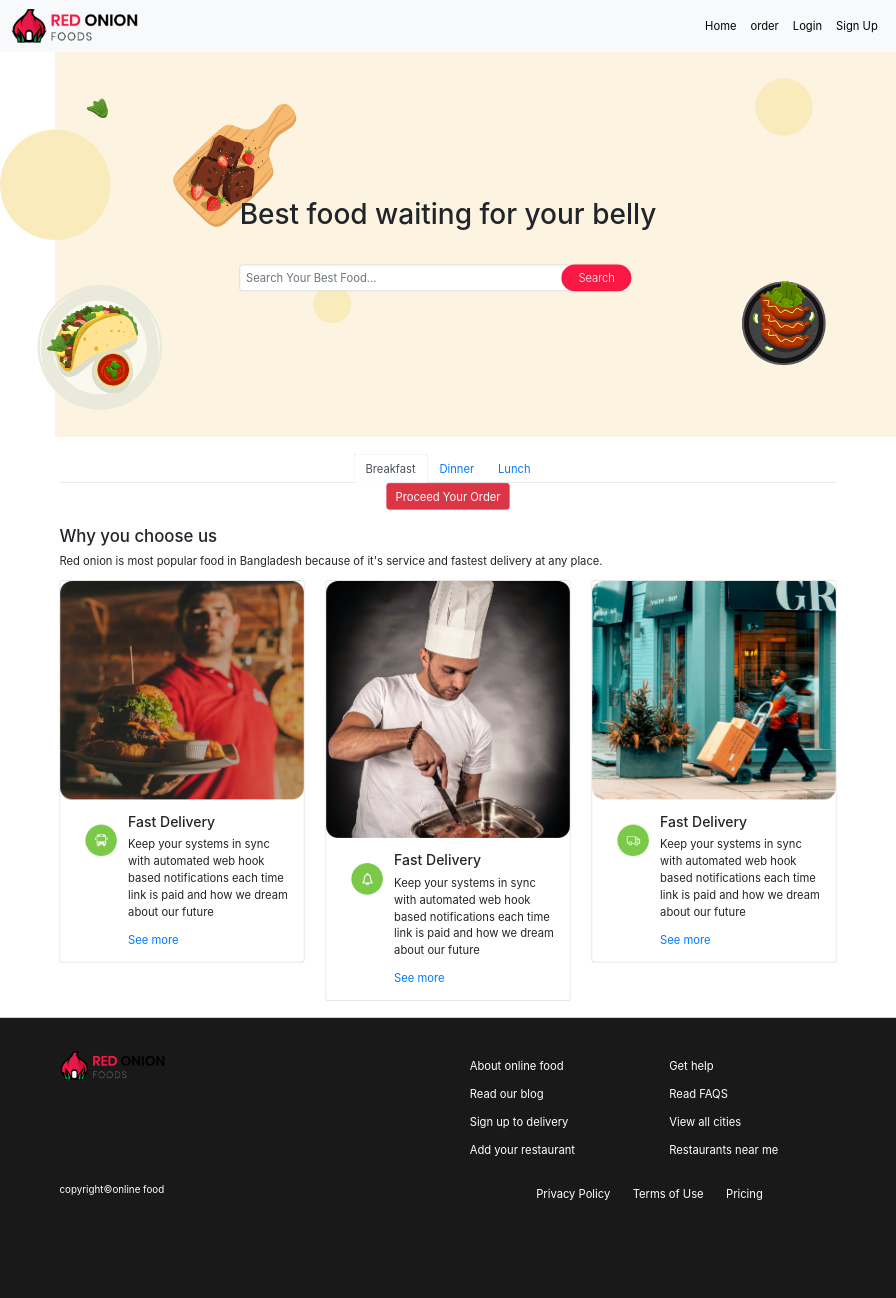
Repository: arif286/red-onion-client
Page: /
The author's editor kept a copy of each file at every save. The page is drawn from the files as they stood at one save, then again after the next save.
The browser window is 1280 px wide. The pictures show the whole page, at 70% of full size.
The page's requests for data from a server got no answer. The project was rebuilt for these pictures with package versions that can differ from the ones it lists, and the page was loaded fresh each time. Some packages were replaced by stand-ins written for this rebuild. No one was signed in, and anything a server would have sent is missing. Also part of the build but not shown: src/App.css, src/components/CheckOut/CheckOut.css, src/components/CheckOut/CheckOutForm/CheckOutFrom.js, src/components/CheckOut/CheckOut.js, src/components/FoodDetails/FoodDetail.css, src/components/FoodDetails/FoodDetail.js, src/components/Food/FoodItem.js, src/components/LogIn/firebase.config.js and 7 more. Imported but missing from the stored project, and not drawn on this page: src/components/CheckOut/Map/Map.

Above is the page before, as saved 2021-04-07 01:55:46.

### public/index.html
<!DOCTYPE html>
<html lang="en">
  <head>
    <meta charset="utf-8" />
    <link rel="icon" href="%PUBLIC_URL%/favicon.ico" />
    <meta name="viewport" content="width=device-width, initial-scale=1" />
    <meta name="theme-color" content="#000000" />
    <meta
      name="description"
      content="Web site created using create-react-app"
    />
    <link rel="apple-touch-icon" href="%PUBLIC_URL%/logo192.png" />
    <!--
      manifest.json provides metadata used when your web app is installed on a
      user's mobile device or desktop. See https://developers.google.com/web/fundamentals/web-app-manifest/
    -->
    <link rel="manifest" href="%PUBLIC_URL%/manifest.json" />

    <!-- <link
      href="https://api.tiles.mapbox.com/mapbox-gl-js/v2.1.1/mapbox-gl.css"
      rel="stylesheet"
    /> -->
    <!--
      Notice the use of %PUBLIC_URL% in the tags above.
      It will be replaced with the URL of the `public` folder during the build.
      Only files inside the `public` folder can be referenced from the HTML.

      Unlike "/favicon.ico" or "favicon.ico", "%PUBLIC_URL%/favicon.ico" will
      work correctly both with client-side routing and a non-root public URL.
      Learn how to configure a non-root public URL by running `npm run build`.
    -->
    <title>Red Onion</title>
  </head>
  <body>
    <noscript>You need to enable JavaScript to run this app.</noscript>
    <div id="root"></div>
    <!--
      This HTML file is a template.
      If you open it directly in the browser, you will see an empty page.

      You can add webfonts, meta tags, or analytics to this file.
      The build step will place the bundled scripts into the <body> tag.

      To begin the development, run `npm start` or `yarn start`.
      To create a production bundle, use `npm run build` or `yarn build`.
    -->
  </body>
</html>

### src/App.js
import "bootstrap/dist/css/bootstrap.min.css";
import React, { createContext, useState } from "react";
import { BrowserRouter as Router, Route, Switch } from "react-router-dom";
import './App.css';
import CheckOut from "./components/CheckOut/CheckOut";
import Map from "./components/CheckOut/Map/Map";
import FoodDetail from "./components/FoodDetails/FoodDetail";
import Footer from "./components/Footer/Footer";
import Header from "./components/Header/Header";
import Home from './components/Home/Home';
import Login from "./components/LogIn/Login";
import Order from "./components/Order/Order";
import SingUp from "./components/SingUp/SingUp";


export const UserContext = createContext();
function App() {
  const [loggedInUser, setLoggedInUser] = useState({});
  return (
    <UserContext.Provider value={[loggedInUser, setLoggedInUser]}>
      <Router>
        <Header />
        <Switch>
          <Route path="/home">
            <Home />
          </Route>
          <Route path="/signUp">
            <SingUp />
          </Route>
          <Route path="/login">
            <Login />
          </Route>
          <Route path="/food/details/:foodId">
            <FoodDetail />
          </Route>
          <Route path='/checkOut'>
            <CheckOut/>
          </Route>
          <Route path='/order'>
            <Order/>
          </Route>
          <Route path='/map'>
            <Map/>
          </Route>
          <Route exact path="/">
            <Home/>
          </Route>
        </Switch>
        <Footer />
      </Router>
    </UserContext.Provider>
  );

}

export default App;

### src/components/Footer/Footer.js
import React from 'react';
import { NavLink } from 'react-bootstrap';
import Logo from '../../onion-restaurent/logo2.png';
import './Footer.css';

const Footer = () => {
    return (
      <footer>
        <div className="container">
          <div className="row pt-5">
            <div className="col-md-6 col-sm-12 pb-4">
              <img className="footer-img" src={Logo} alt="" />
            </div>
            <div className="col-md-3 col-sm-12 pb-4">
              <ul className="nav flex-column">
                <li className="nav-item">
                  <NavLink
                    className="nav-link active footer-link"
                    aria-current="page"
                    to="/"
                  >
                    About online food
                  </NavLink>
                </li>
                <li className="nav-item">
                  <NavLink className="nav-link footer-link" to="/">
                    Read our blog
                  </NavLink>
                </li>
                <li className="nav-item">
                  <NavLink className="nav-link footer-link" to="/">
                    Sign up to delivery
                  </NavLink>
                </li>
                <li className="nav-item">
                  <NavLink className="nav-link footer-link" to="/">
                    Add your restaurant
                  </NavLink>
                </li>
              </ul>
            </div>
            <div className="col-md-3 col-sm-12 pb-4">
              <ul className="nav flex-column">
                <li className="nav-item">
                  <NavLink
                    className="nav-link footer-link"
                    aria-current="page"
                    to="/"
                  >
                    Get help
                  </NavLink>
                </li>
                <li className="nav-item">
                  <NavLink className="nav-link footer-link" to="/">
                    Read FAQS
                  </NavLink>
                </li>
                <li className="nav-item">
                  <NavLink className="nav-link footer-link" to="/">
                    View all cities
                  </NavLink>
                </li>
                <li className="nav-item">
                  <NavLink className="nav-link footer-link" to="/">
                    Restaurants near me
                  </NavLink>
                </li>
              </ul>
            </div>
          </div>

          <div className="row">
            <div className="col-md-7">
              <p className='copy-right'>
                <small>
                  copyright<span>&#169;</span>online food
                </small>
              </p>
            </div>
            <div className="col-md-5">
              <div className='d-flex'>
                <NavLink className="footer-link">Privacy Policy</NavLink>
                <NavLink className="footer-link">Terms of Use</NavLink>
                <NavLink className="footer-link">Pricing</NavLink>
              </div>
            </div>
          </div>
        </div>
      </footer>
    );
};

export default Footer;

### src/components/Header/Header.js
import React from 'react';
import { Nav, Navbar } from 'react-bootstrap';
import { NavLink } from 'react-router-dom';
// import { NavLink } from "react-router-dom";
import logo from '../../onion-restaurent/logo2.png';
import './Header.css';
const Header = () => {

    return (
      <div>
        <Navbar bg="light" expand="lg">
          <Navbar.Brand href="#home">
            <img
              src={logo}
              width="180"
              className="d-inline-block align-top"
              alt="React Bootstrap logo"
            />
          </Navbar.Brand>
          <Navbar.Toggle aria-controls="basic-navbar-nav" />
          <Navbar.Collapse id="basic-navbar-nav">
            <Nav className="ml-auto">
              <NavLink className="header-link" to="/home">
                Home
              </NavLink>
              <NavLink className="header-link" to="/order">
                order
              </NavLink>
              <NavLink className="header-link" to="/login">
                Login
              </NavLink>
              <NavLink className="header-link" to="/signUp">
                Sign Up
              </NavLink>
            </Nav>
          </Navbar.Collapse>
        </Navbar>
      </div>
    );
};

export default Header;

### src/components/Home/Home.js
import React from 'react';
import DeliveryFood from '../DeliveryFood/DeliveryFood';
import Food from '../Food/Food';
import SearchBar from '../SearchBar/SearchBar';

const Home = () => {
    return (
      <>
        <SearchBar/>
        <Food />
        <DeliveryFood />
      </>
    );
};

export default Home;

### src/components/SearchBar/SearchBar.js
import React from 'react';
import background from '../../onion-restaurent/bannerbackground.png';
import './SearchBar.css';


const SearchBar = () => {
    const searchBg = {
        bgImage: {
            backgroundImage: `url(${background})`,
            backgroundRepeat: 'no-repeat, repeat',
            width: '100%',
            height: '550px',
            backgroundSize: 'cover'
        },
        submitBtn: {

        },
        searchBar: {
            width: '50%'
        }
    }
    return (
      <div
        className="d-flex justify-content-center align-items-center"
        style={searchBg.bgImage}
      >
        <div>
          <h1>Best food waiting for your belly</h1>
          <div className="d-flex mt-5">
            <input
              className="form-control searchBar"
              type="text"
              placeholder="Search Your Best Food..."
            />
            <input className="search-btn" type="submit" value="Search" />
          </div>
        </div>
      </div>
    );
};

export default SearchBar;

### src/components/Footer/Footer.css
.footer-img {
  width: 150px;
}
footer {
  background-color: #191919;
  height: 400px;
}
.footer-link {
  color: white;
}
.footer-link:hover {
  color: #878787;
}
.copy-right {
  color: white;
}

### src/components/Header/Header.css
.header-link {
  color: black;
  display: inline-block;
  padding: 10px;
}
.header-link:hover {
  text-decoration: none;
  color: #777777;
}
.cart-btn {
  border: none;
  background: none;
}

### src/components/DeliveryFood/DeliveryFood.js
import React from 'react';
import { Link } from 'react-router-dom';
import notifications from '../../onion-restaurent/ICON/Group 1133.png';
import deliveryImg from '../../onion-restaurent/ICON/Group 204.png';
import car from '../../onion-restaurent/ICON/Group 245.png';
import burger from '../../onion-restaurent/Image/burger.png';
import cart from '../../onion-restaurent/Image/cart-bear.png';
import chefCook from '../../onion-restaurent/Image/chef-cook.png';


const DeliveryFood = () => {
    return (
      <div className="container mt-4">
        <div>
          <h4>Why you choose us</h4>
          <p>
            Red onion is most popular food in Bangladesh because of it's service
            and fastest delivery at any place.
          </p>
        </div>
        <div className="row row-cols-1 row-cols-md-3 g-4">
          <div className="col pb-4">
            <div className="card">
              <img src={burger} alt="" />
              <div className="d-flex card-body">
                <div className="p-3">
                  <img src={deliveryImg} alt="" />
                </div>
                <div>
                  <h5>Fast Delivery</h5>
                  <p>
                    Keep your systems in sync with automated web hook based
                    notifications each time link is paid and how we dream about
                    our future
                  </p>
                  <Link to='/'>See more</Link>
                </div>
              </div>
            </div>
          </div>
          <div className="col pb-4">
            <div className="card">
              <img src={chefCook} alt="" />
              <div className="d-flex card-body">
                <div className="p-3">
                  <img src={notifications} alt="" />
                </div>
                <div>
                  <h5>Fast Delivery</h5>
                  <p>
                    Keep your systems in sync with automated web hook based
                    notifications each time link is paid and how we dream about
                    our future
                  </p>
                  <Link>See more</Link>
                </div>
              </div>
            </div>
          </div>
          <div className='col pb-4'>
            <div className="card">
              <img src={cart} alt="" />
              <div className="d-flex card-body">
                <div className="p-3">
                  <img src={car} alt="" />
                </div>
                <div>
                  <h5>Fast Delivery</h5>
                  <p>
                    Keep your systems in sync with automated web hook based
                    notifications each time link is paid and how we dream about
                    our future
                  </p>
                  <Link>See more</Link>
                </div>
              </div>
            </div>
          </div>
        </div>
      </div>
    );
};

export default DeliveryFood;

### src/components/Food/Food.js

import axios from "axios";
import React, { useEffect, useState } from "react";
import { Tab, Tabs } from "react-bootstrap";
import { useHistory } from "react-router";
import "./Food.css";
import FoodItem from "./FoodItem";

const Food = () => {
  const [foods, setFoods] = useState([]);
  useEffect(() => {
    axios.get('http://localhost:5000/foods')
      .then(res => setFoods(res.data))
    .catch(err=>console.log(err))
  }, []);
  let history = useHistory()

  const handleFood = (id) => {
    history.push(`/food/details/${id}`)
  }

  return (
    <>
      <div className="container mt-4">
        <Tabs
          className="justify-content-center food-items"
          defaultActiveKey="breakfast"
          id="uncontrolled-tab-example"
        >
          <Tab eventKey="breakfast" title="Breakfast">
            <div className="row row-cols-1 row-cols-md-3 g-4">
              {foods.slice(0, 6).map((food) => (
                <FoodItem
                  handleFood={() => {
                    handleFood(food._id);
                  }}
                  food={food}
                  key={food.id}
                ></FoodItem>
              ))}
            </div>
          </Tab>
          <Tab eventKey="dinner" title="Dinner">
            <div className="row row-cols-1 row-cols-md-3 g-4">
              {foods.slice(6, 12).map((food) => (
                <FoodItem
                  handleFood={() => {
                    handleFood(food._id);
                  }}
                  food={food}
                  key={food.id}
                ></FoodItem>
              ))}
            </div>
          </Tab>
          <Tab eventKey="lunch" title="Lunch">
            <div className="row row-cols-1 row-cols-md-3 g-4">
              {foods.slice(12, 18).map((food) => (
                <FoodItem
                  handleFood={() => {
                    handleFood(food._id);
                  }}
                  food={food}
                  key={food.id}
                ></FoodItem>
              ))}
            </div>
          </Tab>
        </Tabs>
        <div className="d-flex justify-content-center">
          <button className="btn btn-danger">Proceed Your Order</button>
        </div>
      </div>
    </>
  );
};

export default Food;

### src/components/SearchBar/SearchBar.css
.search-btn {
  outline: none;
  background-color: #f91944;
  display: inline-block;
  width: 100px;
  padding: 7px;
  border-radius: 50px;
  color: white;
  border: none;
  font-weight: 300;
  position: absolute;
  margin-left: 460px;
}
.searchBar {
  position: relative;
  width: 90%;
  padding: 8px;
}

### src/components/Food/Food.css
.food-items {
  margin-bottom: none;
}

Loaded but not shown: src/index.js (common file); src/index.css (common file); src/reportWebVitals.js (common file)

After the next save:
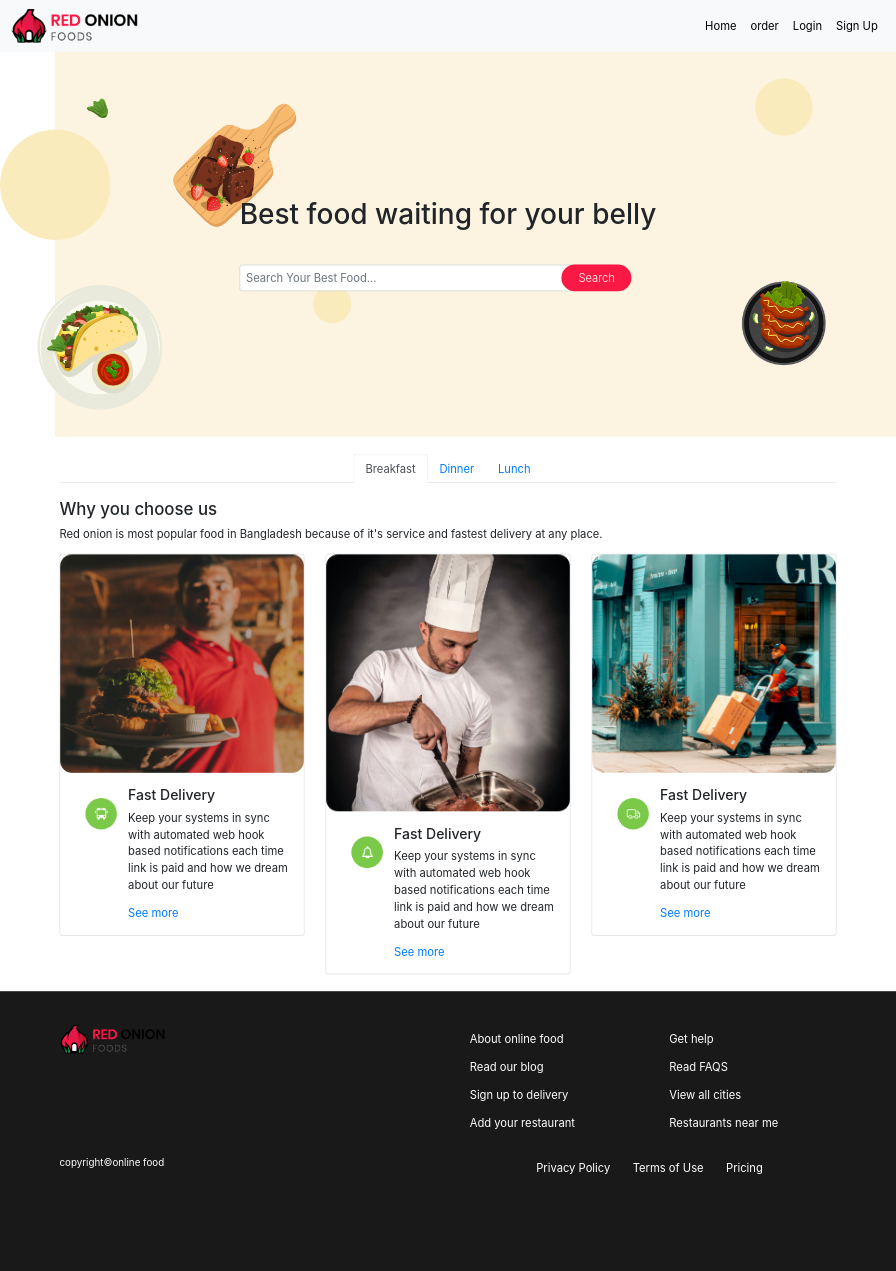
Saved 2 min 1 s later.
--- a/src/components/Food/Food.js
+++ b/src/components/Food/Food.js
@@ -67,9 +67,6 @@ const Food = () => {
             </div>
           </Tab>
         </Tabs>
-        <div className="d-flex justify-content-center">
-          <button className="btn btn-danger">Proceed Your Order</button>
-        </div>
       </div>
     </>
   );
